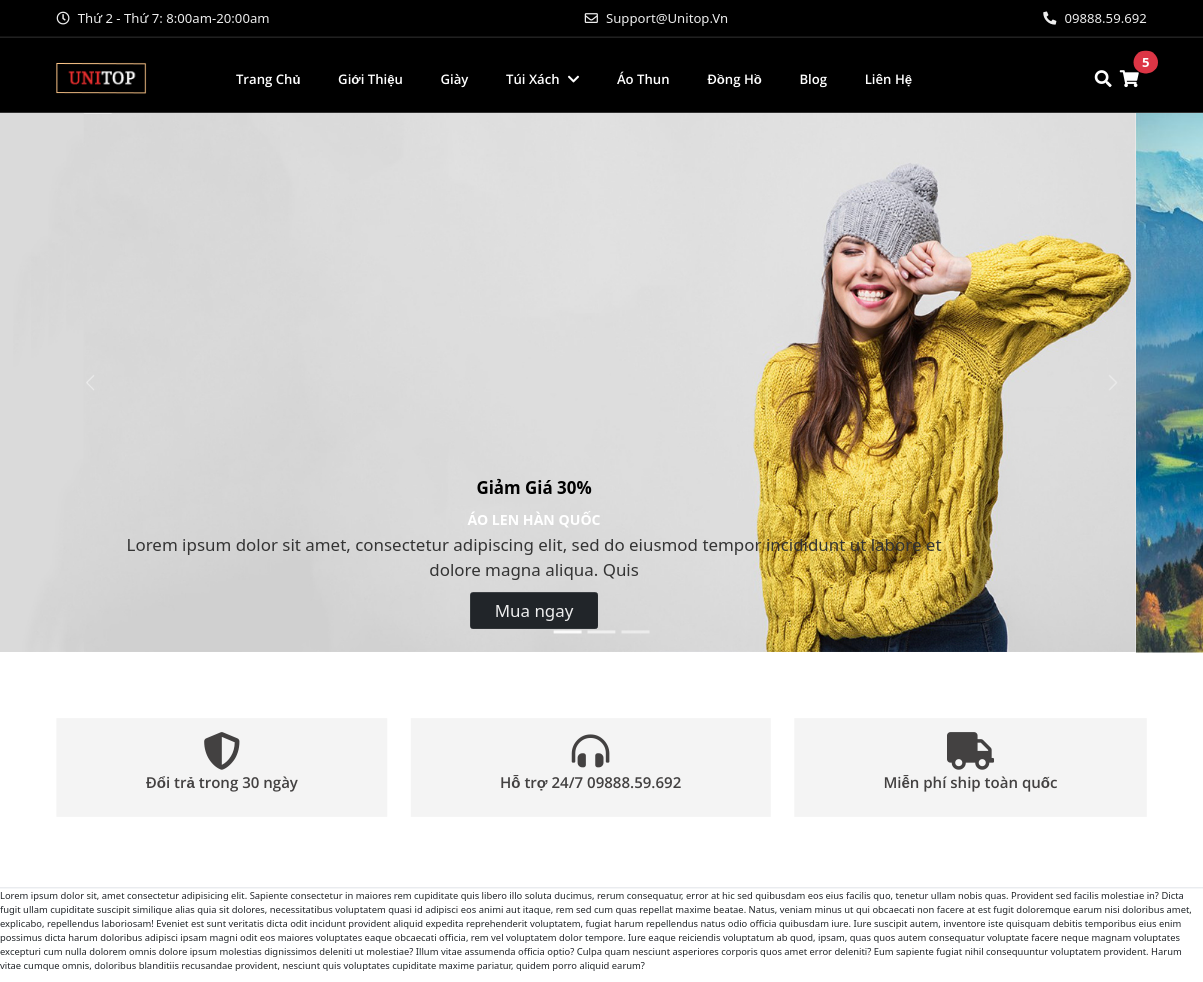
Repository: vinhtk0209/clothes-shop
Page: index.html
An editor plug-in stored every save of this project. The page is shown before and after the next save, followed by the edit.
The browser window is 1280 px wide. The pictures show the whole page, at 94% of full size.

Above is the page before, as saved 2021-10-04 17:58:29.

### index.html
<!DOCTYPE html>
<html lang="en">
  <head>
    <meta charset="UTF-8" />
    <meta http-equiv="X-UA-Compatible" content="IE=edge" />
    <meta name="viewport" content="width=device-width, initial-scale=1.0" />
    <title>UNI-SHOP</title>
    <link rel="stylesheet" href="assets/css/reset.css" />
    <link rel="stylesheet" href="assets/fontawesome/css/all.css" />
    <link rel="stylesheet" href=" assets/boostrap/css/bootstrap.min.css" />
    <link rel="preconnect" href="https://fonts.googleapis.com" />
    <link rel="preconnect" href="https://fonts.gstatic.com" crossorigin />
    <link
      href="https://fonts.googleapis.com/css2?family=Open+Sans:wght@400;600;700&display=swap"
      rel="stylesheet"
    />
    <script src="assets/js/jquery.min.js"></script>
    <link rel="stylesheet" href="assets/css/main.css" />
  </head>
  <body>
    <div id="wrapper">
      <div id="header">

          <div class="header-info">
            <div class="container-1160">
            <ul
              class="
                list-info list-unstyled
                d-flex
                justify-content-between
                align-items-center
              "
            >
              <li>
                <p class="header-descr time-contact">
                  <span class="icon-time">
                    <!-- icon time -->
                    <i class="far fa-clock"></i>
                  </span>
                  <span class="descr-time ps-2 descr"
                    >thứ 2 - thứ 7: 8:00am-20:00am</span
                  >
                </p>
              </li>
              <li>
                <p class="header-descr email-contact">
                  <span class="icon-email">
                    <!-- icon email -->
                    <i class="far fa-envelope"></i>
                  </span>
                  <span class="descr-email ps-2 descr"> support@unitop.vn </span>
                </p>
              </li>
              <li>
                <p class="header-descr phone-number">
                  <span class="icon-phone">
                    <!-- icon phone -->
                    <i class="fas fa-phone-alt"></i>
                  </span>
                  <span class="descr-phone ps-2 descr"> 09888.59.692 </span>
                </p>
              </li>
            </ul>
          </div>
          </div>
          <!-- END HEADER-INFO -->
          <div
            class="header-menu d-flex align-items-center container-1160"

          >

            <div class="header-menu-logo mr-95">
              <a href="" class="logo-link">
                <img src="assets/images/logo.png" alt="logo" />
              </a>
            </div>
            <div class="header-menu-list ">
              <ul
                class="
                  list-menu
                  d-flex

                  align-items-center list-unstyled
                "
              >
                <li>
                  <a href="" class="list-name text-decoration-none">Trang chủ</a>
                </li>
                <li>
                  <a href="" class="list-name text-decoration-none">Giới thiệu</a>
                </li>
                <li>
                  <a href="" class="list-name text-decoration-none">Giày</a>
                </li>
                <li class="position-relative list-product">
                  <a href="" class="list-name text-decoration-none "
                    >Túi xách
                    <span class="icon-arrow-down ps-2">
                      <!-- icon arrow down -->
                      <i class="fas fa-chevron-down"></i>
                    </span></a
                  >

                  <ul class="sub-menu list-unstyled position-absolute  bg-submenu ">

                    <li>
                      <a href="" class="text-decoration-none color-submenu ">
                        túi xách tay nữ
                      </a>
                    </li>
                    <li>
                      <a href="" class="text-decoration-none  color-submenu">
                        túi đeo chéo nữ
                      </a>
                    </li>
                    <li>
                      <a href="" class="text-decoration-none color-submenu">
                        túi bản to
                      </a>
                    </li>
                    <li>
                      <a href="" class="text-decoration-none color-submenu">
                        túi đeo vai
                      </a>
                    </li>
                  </ul>
                </li>
                <li>
                  <a href="" class="list-name text-decoration-none">áo thun</a>
                </li>
                <li>
                  <a href="" class="list-name text-decoration-none">đồng hồ</a>
                </li>
                <li>
                  <a href="" class="list-name text-decoration-none">blog</a>
                </li>
                <li>
                  <a href="" class="list-name text-decoration-none">liên hệ</a>
                </li>
              </ul>
            </div>
            <!-- END MENU-LIST -->
            <div
              class="
                header-menu-function
                d-flex
                justify-content-between
                align-items-center
                ms-auto
              "
            >
              <div class="icon-search text-white ">
                <span class="search fs-18">
                  <!-- icon search -->
                  <span><i class="fas fa-search"></i></span>
                </span>
              </div>
              <div class="icon-cart">
                <a
                  href=""
                  class="btn text-white position-relative"
                >
                  <span class="fs-18">
                    <!-- icon cart  -->
                    <i class="fas fa-shopping-cart"></i>
                  </span>
                  <span
                    class="
                      position-absolute
                      top-0
                      start-100
                      translate-middle
                      badge
                      rounded-pill
                      bg-danger
                      fs-14
                    "
                  >
                    5
                  </span>
                </a>
              </div>
            </div>
          </div>
          <!-- END HEADER MENU -->
        </div>
      </div>
      <div id="slide" class="slide">
        <div id="carouselExampleIndicators" class="carousel slide" data-bs-ride="carousel">
          <div class="carousel-indicators">
            <button type="button" data-bs-target="#carouselExampleIndicators" data-bs-slide-to="0" class="active bg-btn-slide" aria-current="true" aria-label="Slide 1"></button>
            <button type="button" data-bs-target="#carouselExampleIndicators" data-bs-slide-to="1" aria-label="Slide 2 "
            class="bg-btn-slide"></button>
            <button type="button" data-bs-target="#carouselExampleIndicators" data-bs-slide-to="2" aria-label="Slide 3"
            class="bg-btn-slide"></button>
          </div>
          <div class="carousel-inner">
            <div class="carousel-item active" class="">
              <img src="assets/images/slide-1.png" class="d-block w-100" alt="...">
              <div class="carousel-caption d-none d-md-block ">
                <p class="discount fs-18 fw-bold color-p-card-discount">Giảm Giá 30%</p>
                <h4 class="product-name fw-bold">
                  ÁO LEN HÀN QUỐC
                </h4>
                <p class="descr fs-18 color-p-card-descr fw-regular   ">
                  Lorem ipsum dolor sit amet, consectetur adipiscing elit, sed do eiusmod tempor incididunt ut labore et dolore magna aliqua. Quis
                </p>
                <button type="button" class="btn btn-dark btn-buynow fs-18 text-button fw-regular pd-btn">Mua ngay</button>
              </div>
            </div>
            <div class="carousel-item">
              <img src="assets/images/slide-2.jpg" class="d-block w-100" alt="...">
            </div>
            <div class="carousel-item">
              <img src="assets/images/slide-3.png" class="d-block w-100" alt="...">
            </div>
          </div>
          <button class="carousel-control-prev" type="button" data-bs-target="#carouselExampleIndicators" data-bs-slide="prev">
            <span class="carousel-control-prev-icon" aria-hidden="true"></span>
            <span class="visually-hidden">Previous</span>
          </button>
          <button class="carousel-control-next" type="button" data-bs-target="#carouselExampleIndicators" data-bs-slide="next">
            <span class="carousel-control-next-icon" aria-hidden="true"></span>
            <span class="visually-hidden">Next</span>
          </button>
        </div>
        <!-- CARD INFO -->
          <!-- <div class="card-img-overlay card-descr text-center">
            <p class="discount fs-18 fw-bold color-p-card-discount">Giảm Giá 30%</p>
            <h4 class="product-name fw-bold">
              ÁO LEN HÀN QUỐC
            </h4>
            <p class="descr fs-18 color-p-card-descr fw-regular   ">
              Lorem ipsum dolor sit amet, consectetur adipiscing elit, sed do eiusmod tempor incididunt ut labore et dolore magna aliqua. Quis
            </p>
            <button type="button" class="btn btn-dark btn-buynow fs-18 text-button fw-regular pd-btn">Mua ngay</button>
          </div> -->
      </div>
      <!-- END SLIDE -->
      <div id="special-offer " class="special-offer pd-bottom-75  border-bottom" >
        <div class="container-1160 d-flex justify-content-between align-items-center text-center">
          <div class="return-time box-offer">
            <span class="icon-return-time d-block ">
              <!-- icon return  -->
              <i class="fas fa-shield-alt fs-40"></i>
            </span>
            <p class="special__offer--descr m-0 ">
              Đổi trả trong 30 ngày
            </p>
          </div>
          <!-- END RETURN TIME -->
          <div class="special__offer--support-phone box-offer">
            <span class="icon-return-time d-block ">
              <!-- icon headphone  -->
              <i class="fas fa-headphones-alt fs-40"></i>

            </span>
            <p class="special__offer--descr m-0 ">
              Hỗ trợ 24/7 09888.59.692
            </p>
          </div>
          <!-- END SUPPORT PHONE -->
          <div class="special__offer--freeship box-offer">
            <span class="icon-return-time d-block ">
              <!-- icon truck  -->
              <i class="fas fa-truck fs-40"></i>
            </span>
            <p class="special__offer--descr m-0 ">
              Miễn phí ship toàn quốc
            </p>
          </div>
          <!-- END FREESHIP -->
        </div>
      </div>
      <!-- END SPECIAL OFFER -->
      <!-- END HEADER -->
      <div id="content">
       <p>Lorem ipsum dolor sit, amet consectetur adipisicing elit. Sapiente consectetur in maiores rem cupiditate quis libero illo soluta ducimus, rerum consequatur, error at hic sed quibusdam eos eius facilis quo, tenetur ullam nobis quas. Provident sed facilis molestiae in? Dicta fugit ullam cupiditate suscipit similique alias quia sit dolores, necessitatibus voluptatem quasi id adipisci eos animi aut itaque, rem sed cum quas repellat maxime beatae. Natus, veniam minus ut qui obcaecati non facere at est fugit doloremque earum nisi doloribus amet, explicabo, repellendus laboriosam! Eveniet est sunt veritatis dicta odit incidunt provident aliquid expedita reprehenderit voluptatem, fugiat harum repellendus natus odio officia quibusdam iure. Iure suscipit autem, inventore iste quisquam debitis temporibus eius enim possimus dicta harum doloribus adipisci ipsam magni odit eos maiores voluptates eaque obcaecati officia, rem vel voluptatem dolor tempore. Iure eaque reiciendis voluptatum ab quod, ipsam, quas quos autem consequatur voluptate facere neque magnam voluptates excepturi cum nulla dolorem omnis dolore ipsum molestias dignissimos deleniti ut molestiae? Illum vitae assumenda officia optio? Culpa quam nesciunt asperiores corporis quos amet error deleniti? Eum sapiente fugiat nihil consequuntur voluptatem provident. Harum vitae cumque omnis, doloribus blanditiis recusandae provident, nesciunt quis voluptates cupiditate maxime pariatur, quidem porro aliquid earum?</p>
      </div>
      <!-- END CONTENT -->
      <div id="footer"></div>
      <!-- END FOOTER -->
    </div>
    <!-- END WRAPPER -->
    <script src="assets/js/bootstrap.bundle.min.js"></script>
    <script src="assets/js/popper.min.js"></script>
  </body>
</html>

### assets/css/reset.css
/*
 * Bootstrap Reboot v4.3.1 (https://getbootstrap.com/)
 * Copyright 2011-2019 The Bootstrap Authors
 * Copyright 2011-2019 Twitter, Inc.
 * Licensed under MIT (https://github.com/twbs/bootstrap/blob/master/LICENSE)
 * Forked from Normalize.css, licensed MIT (https://github.com/necolas/normalize.css/blob/master/LICENSE.md)
 */

*,
*::before,
*::after {
    box-sizing: border-box;
}

html {
    font-family: sans-serif;
    line-height: 1.15;
    -webkit-text-size-adjust: 100%;
    -webkit-tap-highlight-color: rgba(0, 0, 0, 0);
}

article,
aside,
figcaption,
figure,
footer,
header,
hgroup,
main,
nav,
section {
    display: block;
}

body {
    margin: 0;
    font-family: -apple-system, BlinkMacSystemFont, "Segoe UI", Roboto, "Helvetica Neue", Arial, "Noto Sans", sans-serif, "Apple Color Emoji", "Segoe UI Emoji", "Segoe UI Symbol", "Noto Color Emoji";
    font-size: 1rem;
    font-weight: 400;
    line-height: 1.5;
    color: #212529;
    text-align: left;
    background-color: #fff;
}

[tabindex="-1"]:focus {
    outline: 0 !important;
}

hr {
    box-sizing: content-box;
    height: 0;
    overflow: visible;
}

h1,
h2,
h3,
h4,
h5,
h6 {
    margin-top: 0;
    margin-bottom: 0.5rem;
}

p {
    margin-top: 0;
    margin-bottom: 1rem;
}

abbr[title],
abbr[data-original-title] {
    text-decoration: underline;
    -webkit-text-decoration: underline dotted;
    text-decoration: underline dotted;
    cursor: help;
    border-bottom: 0;
    -webkit-text-decoration-skip-ink: none;
    text-decoration-skip-ink: none;
}

address {
    margin-bottom: 1rem;
    font-style: normal;
    line-height: inherit;
}

ol,
ul,
dl {
    margin-top: 0;
    margin-bottom: 1rem;
}

ol ol,
ul ul,
ol ul,
ul ol {
    margin-bottom: 0;
}

dt {
    font-weight: 700;
}

dd {
    margin-bottom: .5rem;
    margin-left: 0;
}

blockquote {
    margin: 0 0 1rem;
}

b,
strong {
    font-weight: bolder;
}

small {
    font-size: 80%;
}

sub,
sup {
    position: relative;
    font-size: 75%;
    line-height: 0;
    vertical-align: baseline;
}

sub {
    bottom: -.25em;
}

sup {
    top: -.5em;
}

a {
    color: #007bff;
    text-decoration: none;
    background-color: transparent;
}

a:hover {
    color: #0056b3;
    text-decoration: underline;
}

a:not([href]):not([tabindex]) {
    color: inherit;
    text-decoration: none;
}

a:not([href]):not([tabindex]):hover,
a:not([href]):not([tabindex]):focus {
    color: inherit;
    text-decoration: none;
}

a:not([href]):not([tabindex]):focus {
    outline: 0;
}

pre,
code,
kbd,
samp {
    font-family: SFMono-Regular, Menlo, Monaco, Consolas, "Liberation Mono", "Courier New", monospace;
    font-size: 1em;
}

pre {
    margin-top: 0;
    margin-bottom: 1rem;
    overflow: auto;
}

figure {
    margin: 0 0 1rem;
}

img {
    vertical-align: middle;
    border-style: none;
}

svg {
    overflow: hidden;
    vertical-align: middle;
}

table {
    border-collapse: collapse;
}

caption {
    padding-top: 0.75rem;
    padding-bottom: 0.75rem;
    color: #6c757d;
    text-align: left;
    caption-side: bottom;
}

th {
    text-align: inherit;
}

label {
    display: inline-block;
    margin-bottom: 0.5rem;
}

button {
    border-radius: 0;
}

button:focus {
    outline: 1px dotted;
    outline: 5px auto -webkit-focus-ring-color;
}

input,
button,
select,
optgroup,
textarea {
    margin: 0;
    font-family: inherit;
    font-size: inherit;
    line-height: inherit;
}

button,
input {
    overflow: visible;
}

button,
select {
    text-transform: none;
}

select {
    word-wrap: normal;
}

button,
[type="button"],
[type="reset"],
[type="submit"] {
    -webkit-appearance: button;
}

button:not(:disabled),
[type="button"]:not(:disabled),
[type="reset"]:not(:disabled),
[type="submit"]:not(:disabled) {
    cursor: pointer;
}

button::-moz-focus-inner,
[type="button"]::-moz-focus-inner,
[type="reset"]::-moz-focus-inner,
[type="submit"]::-moz-focus-inner {
    padding: 0;
    border-style: none;
}

input[type="radio"],
input[type="checkbox"] {
    box-sizing: border-box;
    padding: 0;
}

input[type="date"],
input[type="time"],
input[type="datetime-local"],
input[type="month"] {
    -webkit-appearance: listbox;
}

textarea {
    overflow: auto;
    resize: vertical;
}

fieldset {
    min-width: 0;
    padding: 0;
    margin: 0;
    border: 0;
}

legend {
    display: block;
    width: 100%;
    max-width: 100%;
    padding: 0;
    margin-bottom: .5rem;
    font-size: 1.5rem;
    line-height: inherit;
    color: inherit;
    white-space: normal;
}

progress {
    vertical-align: baseline;
}

[type="number"]::-webkit-inner-spin-button,
[type="number"]::-webkit-outer-spin-button {
    height: auto;
}

[type="search"] {
    outline-offset: -2px;
    -webkit-appearance: none;
}

[type="search"]::-webkit-search-decoration {
    -webkit-appearance: none;
}

::-webkit-file-upload-button {
    font: inherit;
    -webkit-appearance: button;
}

output {
    display: inline-block;
}

summary {
    display: list-item;
    cursor: pointer;
}

template {
    display: none;
}

[hidden] {
    display: none !important;
}


/*# sourceMappingURL=bootstrap-reboot.css.map */

### assets/css/main.css
* {
    margin: 0;
    padding: 0;
    box-sizing: inherit;
}
html{
    font-family: 'Open Sans', sans-serif;
    font-size: 62.5%;
    line-height: 1.5;
    box-sizing: border-box;
}
.container-1160 {
    width: 1160px;
    margin:0px auto;
}
ul{
    margin: 0;
    padding: 0;
}
.mr-95{
    margin-right:95px;
}
.outline-none{
    outline: none!important;
}
.fs-14{
    font-size: 14px;
}
.fs-18{
    font-size: 18px;
}
.fs-40{
    font-size: 40px;
}
.bg-submenu{
    background-color: #f9f9f9;
}
.color-submenu{
    color: #5c5b5b ;
}
.color-p-card-discount{
    color:#000000;
}
.color-p-card-descr{
    color:#343434;
}
.text-button{
    color:#efefef;
}
.fw-regular{
    font-weight: 400;
}
.pd-btn{
    padding:5px 25px;
}
.pd-bottom-75{
    padding-bottom: 75px;
}
.bg-btn-slide:hover{
    background-color: #e2524a!important ;
}
.fw-semibold{
    font-weight: 600;
}

/* =========================== HEADER ===========================*/
#header {
    min-height: 120px;
    background-color: #000000;
    padding: 8px 0px 0px 0px;
    text-transform: capitalize;
    width:100%;
}
.header-info{

    color:#eeeeee;
    font-weight: 400 ;
    font-size: 1.4rem;
    border-bottom:1px solid #363636;
    margin-bottom: 25px;
}

.header-menu-list ul.list-menu > li + li{
    padding-left:40px;

}
.header-menu-list ul li a.list-name{
    font-size: 1.4rem;
    color:#ffffff;
    font-weight:600 ;
    font-family: 'Open Sans', sans-serif;
    transition: all 0.5s ease-in-out;
}
.header-menu-list ul li a.list-name:hover{
    color:#e2524a ;
}
ul.list-menu li:hover>ul.sub-menu{
    opacity: 1;
    visibility: visible;

}
ul.sub-menu {
    z-index: 9999;
   min-width: 200px;
   min-height: 133px;
   padding:18px 0 20px 0;
   box-sizing: border-box;
   top:50px;
   opacity: 0;
   visibility: hidden;
   transition: all 0.5s ease-in-out;

}

ul.sub-menu li{
    padding-left:25px;

}
ul.sub-menu li a{
    font-family: 'Roboto Condensed', sans-serif;
    display: block;
    font-weight: 400;
    font-size: 1.4rem;
    margin-bottom: 10px;
    transition: all 0.5s ease-in-out;
}

ul.sub-menu li a:hover{
    color:#e2524a ;
}

/* ======================= END HEADER =======================*/

/* ======================= SLIDER =======================*/
.slide{
    /* height:700px; */
    position: relative;
    margin-bottom: 70px;
}
.card-descr{
    position: absolute;
    top:235px;
    left:340px;
    max-width:535px;
    min-height:285px;
    font-family: "Myriad Pro", sans-serif;
}

.card-descr h4.product-name{
    font-size: 5rem;
    font-family: 'Roboto Condensed', sans-serif;
    color:#e2524a;
}
/* ======================= END SLIDER =======================*/

/* ======================= SPECIAL OFFER =======================*/
.special-offer{
    /* height:600px; */

}
.box-offer{
    background-color: #f4f4f4;
    padding:  15px  95px  25px  ;
    font-size: 1.6rem;
    color:#434141;
    font-weight: 600;
    font-family: 'Open Sans', sans-serif;
}
.box-offer:hover{
    color:#e2524a;

}

Loaded but not shown: assets/fontawesome/css/all.css (library); assets/boostrap/css/bootstrap.min.css (library); assets/js/jquery.min.js (library); assets/js/bootstrap.bundle.min.js (library); assets/js/popper.min.js (library)

After the next save:
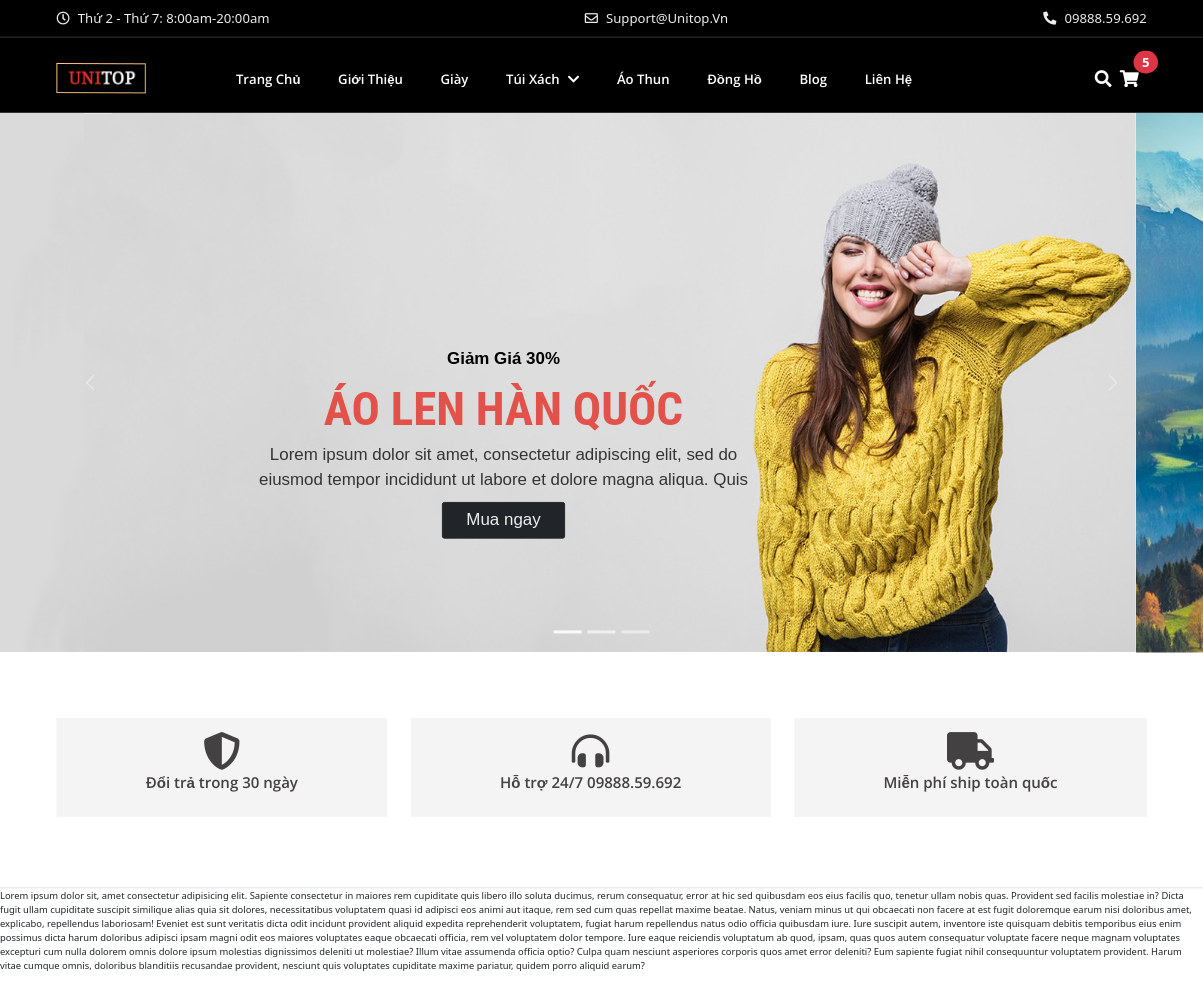
Saved 10 s later.
--- a/index.html
+++ b/index.html
@@ -197,7 +197,7 @@
           <div class="carousel-inner">
             <div class="carousel-item active" class="">
               <img src="assets/images/slide-1.png" class="d-block w-100" alt="...">
-              <div class="carousel-caption d-none d-md-block ">
+              <div class="carousel-caption d-none d-md-block card-descr text-center">
                 <p class="discount fs-18 fw-bold color-p-card-discount">Giảm Giá 30%</p>
                 <h4 class="product-name fw-bold">
                   ÁO LEN HÀN QUỐC
